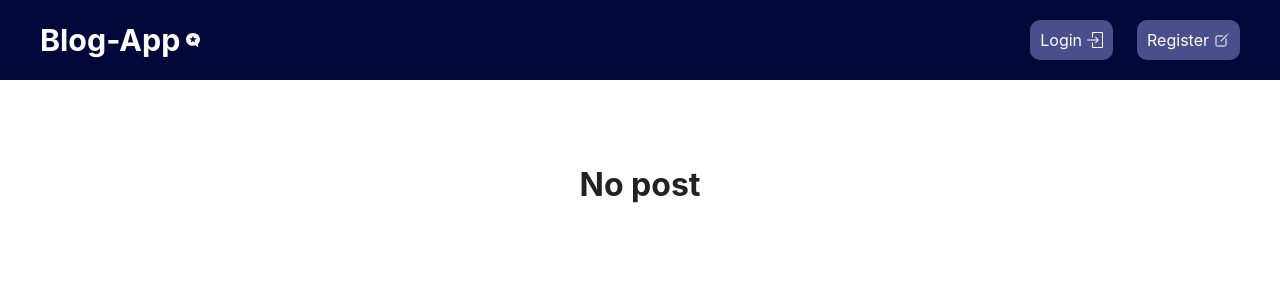
Repository: ateeque-219/BlogApp
Page: / (app in blogapp/)
The author's editor kept a copy of each file at every save. The page is drawn from the files as they stood at one save, then again after a run of saves.
The browser window is 1280 px wide. The pictures show the whole page.
The page's requests for data from a server got no answer. The project was rebuilt for these pictures with package versions that can differ from the ones it lists, and the page was loaded fresh each time. No one was signed in, and anything a server would have sent is missing. Also part of the build but not shown: blogapp/src/Post.js, blogapp/src/pages/LoginPage.js, blogapp/src/pages/RegisterPage.js, blogapp/src/pages/CreatePost.js, blogapp/src/pages/PostPage.js, blogapp/src/pages/EditPost.js. Imported but missing from the stored project, and not drawn on this page: blogapp/src/Editor.

Above is the page before, as saved 2024-01-28 18:05:05.

### blogapp/src/index.js
import React from 'react';
import ReactDOM from 'react-dom/client';
import './index.css';
import App from './App';
import  { BrowserRouter } from "react-router-dom";

const root = ReactDOM.createRoot(document.getElementById('root'));
root.render(
  <React.StrictMode>
   <BrowserRouter>
   <App />
   </BrowserRouter>
  </React.StrictMode>
);

### blogapp/src/App.js

import { Route, Routes } from 'react-router';
import './App.css';
import Layoutt from './Layoutt';
import Indexpage from './pages/Indexpage';
import LoginPage from './pages/LoginPage';
import RegisterPage from './pages/RegisterPage';
import { UserContextProvider } from './UserContext';
import CreatePost from './pages/CreatePost';
import PostPage from './pages/PostPage';
import EditPost from './pages/EditPost';

function App() {
  return (
    <UserContextProvider>
      <Routes>
      <Route path="/" element={<Layoutt />}>
        <Route index element={<Indexpage />} />
        <Route path="/login" element={<LoginPage/>} />
        <Route path ="/register" element={<RegisterPage/>}/>
        <Route path ="/create" element={<CreatePost />}></Route>
        <Route path ="/post/:id" element={<PostPage/>}/>
        <Route path="/edit/:id" element={<EditPost/>}/>
      </Route>
    </Routes>
    </UserContextProvider>
  );
}

export default App;

### blogapp/src/App.css
/* *{
  box-sizing: border-box;
}
body{
  color: #353535;
}
img{
  max-width: 100%;
}
main{
  padding: 12px;
  max-width: 900px;
  margin:0 auto ;
  border: 1px solid black;
}
header{
 display: flex;
 justify-content: space-between;
 margin-bottom: 50px;
 align-items: center;
}
header a{
  text-decoration: none;
  color: inherit;
  font-size: 20px;
}
header a.logo{
  font-weight: bolder;
  font-size: 30px;
}
header nav{
  display: flex;
  gap: 18px;
}
div.post{
  display: flex;
  gap: 22px;
   margin-bottom: 44px;
}
div.texts{
  margin: 0;
  padding: 0;
}

.texts h2 {
  margin: 0;
}

.image {
  margin-top: 18px;
  width: 600px;
}
div.post p.info{
  margin: 5px 0;
  display: flex;
  gap: 5px;
  font-weight: bold;
  color: #888;
  font-size: 1rem;

}
div.post p.info a.author{
  color: #333;
}
div.post p.summary{
  margin:4px 0;
  line-height: 1.5rem;
}
form.login , form.register{
max-width: 450px;
  margin: 0 auto;
}
input{
 width: 100%;
 display: block;
 margin-bottom: 7px;
 padding: 7px 5px;
 background-color:#fff;
 border: 2.5px solid #ddd;
 border-radius: 5px;

}
button{
  width: 100%;
  display: block;
 margin-bottom: 7px;
 padding: 7px;
  background-color: rgb(32, 30, 30);
 border-radius: 5px;
 color: white;
}

.title{
  text-align: center;
} */


*{
  box-sizing: border-box;
}
a{
  cursor: pointer;
}
body{
  margin: 0;
  color: #222;
}
img{
  max-width: 100%;
}
/* main{
  padding: 16px;
  max-width: 960px;
  margin: 0 auto;
} */
main{

  /* padding: 16px; */
  max-width: 100%;
  /* margin: 0 auto; */
}


/* header{
  display:flex;
  justify-content:space-between;
  margin-top: 20px;
  margin-bottom: 50px;
  align-items: center;
} */
header{
  position: sticky;
  display:flex;
  justify-content:space-between;
  margin-bottom: 50px;
  align-items: center;
  height: 60px;
  color: white;
  background-color: #03083a;
  padding: 40px;
}

.logodiv{
  display: flex;
  justify-content: center;
  align-items: center;
  gap: 5px;
}
/* .loginn{
  display: flex;
  gap:5px;
  justify-content: center;
  align-items: center;
  background-color: #4f4f89;
  padding: 9px;
  border-radius: 10px;
  cursor: pointer;
}  */
/* .loginn :active{
  background-color: #8b8ead;
  color: black;
} */
/* .loginnn :active{
  background-color: #8b8ead;
  color: black;
} */
/* .loginnn{
  display: flex;
  gap:5px;
  justify-content: center;
  align-items: center;
  background-color:#4f4f89;
  padding: 4px;
  border-radius: 10px;
} */
header a{
  text-decoration:none;
  color: inherit;

}
header a.logo{
  font-weight: bold;
  font-size: 1.9rem;
}
header nav{
  display:flex;
  gap: 24px;
}

/* div.post{
  display: grid;
  grid-template-columns: 1fr;
  gap: 1px;
  margin-bottom: 30px;
} */
.front{
  display: flex;
  width: 100%;
  justify-content: space-evenly;
  flex-wrap: wrap;
  padding: 14px;
}
.parent-front{
  display: flex;
  justify-content: center;
  width: 100%;
}
.post{
  display: flex;
  flex-direction: row;
  justify-content: center;
  align-items: center;
  flex-wrap: wrap;
  width: 300px;
  height: 500px;
  overflow-y: hidden;
  padding: 10px;
  border-radius:'50px';
  background-color: whitesmoke;
  box-shadow: 4.0px 8.0px 8.0px hsl(0deg 0% 0% / 0.38);
  margin: 20px;
}

div.post div.texts h2{
  margin:0;
  font-size: 2rem;
}
div.post div.texts a{
  text-decoration:none;
  color: inherit;
}
div.post p.info{
  margin:24px 0;
  color: #888;
  font-size:1rem;
  font-weight: bold;
  display: flex;
  gap: 10px;
}
div.post p.info a.author{
  color:#333;
}
div.post p.summary{
  margin:10px 0;
  line-height: 1.8rem;
}

form.login, form.register{
  max-width: 400px;
  margin: 0 auto;
}
input{
  display: block;
  margin-bottom: 5px;
  width: 100%;
  padding: 5px 7px;
  border: 2px solid #ddd;
  border-radius: 5px;
  background-color: #fff;
}
button{
  cursor: pointer;
  width: 100%;
  display: block;
  background-color: #555;
  border:0;
  color: #fff;
  border-radius: 5px;
  padding: 7px 0;
}
form.login h1, form.register h1{
  text-align: center;
}

div.post-page div.image{
  /* max-height:300px;
  display: flex;
  overflow:hidden; */
}
div.post-page div.image img{
  /* object-fit: cover; */
  /* object-position: center center;
  width: 100%; */
}
div.post-page a{
  color:#333;
  text-decoration: underline;
}
div.post-page h1{
  text-align: center;
  margin: 10px 0 5px;
}
div.post-page time{
  text-align: center;
  display: block;
  font-size:1rem;
  color:#aaa;
  margin: 10px 0;
}
div.post-page div.author{
  text-align: center;
  margin-bottom: 20px;
  font-size: .7rem;
  font-weight: bold;
}
div.content p{
  line-height: 1.7rem;
  margin: 30px 0;
}
div.content li{
  margin-bottom: 10px;
}
div.edit-row{
  text-align: center;
  margin-bottom: 20px;
}
div.post-page a.edit-btn{
  background-color: #4a4f8b;
  display: inline-flex;
  align-items: center;
  gap: 5px;
  color: #fff;
  padding:15px 30px;
  border-radius: 5px;
  text-decoration: none;
}
a svg{
  height:20px;
}

.loginn {
  display: flex;
  align-items: center;
  padding: 10px;
  gap: 5px;
  background-color: #4a4f8b;
  border-radius: 10px;
}
.loginn:active{
  color: black;
  cursor: pointer;
}

### blogapp/src/Layoutt.js
import React from 'react'
import Head from './Head'
import { Outlet } from 'react-router-dom'
const Layoutt = () => {
  return (
    <main>
      <Head></Head>
      <Outlet/>
    </main>
  )
}

export default Layoutt

### blogapp/src/pages/Indexpage.js
 import React, { useEffect, useState } from 'react'
 import Post from "../Post"

 const Indexpage = () => {
  const [posts , setPosts] = useState([]);
   useEffect(()=>{
    fetch('http://localhost:4000/post').then(response =>{
      response.json().then(posts =>{
        // console.log(posts);
        setPosts(posts);
      })
    })
  },[]);
   return (
     <div className='parent-front'>
      <div className='front'>
      {
        posts.length > 0 ? (posts.map(post=>(
          <Post {...post}/>
        ))) : <h1>No post</h1>
      }
     </div>
     </div>
   )
 }

 export default Indexpage

### blogapp/src/UserContext.js
import { createContext, useState } from 'react';
export const UserContext = createContext({});

export function UserContextProvider({ children }) {
  const [userinfo, setuserinfo] = useState({});

  return (
    <UserContext.Provider value={{ userinfo, setuserinfo }}>
      {children}
    </UserContext.Provider>
  );
}

### blogapp/src/Head.js
import React, { useContext, useEffect, useState } from 'react'
import { Link } from 'react-router-dom';
import { UserContext } from './UserContext';
import { FaMicroblog } from "react-icons/fa6";
import { SlLogin } from "react-icons/sl";
import { IoCreateOutline } from "react-icons/io5";
import { MdCreateNewFolder } from "react-icons/md";
import { CiLogout } from "react-icons/ci";

const Head = () => {
  // const ctx = useContext(UserContext);
  // const [userinfo,setuserinfo] = useState(ctx);
  const { setuserinfo, userinfo } = useContext(UserContext);
  useEffect(() => {
    fetch('http://localhost:4000/profile', {
      credentials: 'include',
    })
      .then(response => {
        return response.json();
      })
      .then(profileInfo => {
        console.log(profileInfo)
        setuserinfo(profileInfo);
      })
      .catch(error => {
        throw (error);
      });
  }, []);


  function logout() {
    fetch('http://localhost:4000/logout', {
      credentials: 'include',
      method: 'POST',
    });
    setuserinfo(null);
  }

  const username = userinfo?.username;

  // console.log('dasda',userinfo?.username);
  return (
    <header>
      <div className='logodiv'>
        <Link to="/" className="logo">Blog-App
        </Link>
        <FaMicroblog />
      </div>

      <nav>
        {username && (
          <>
            {/* {console.log('3343')} */}
              <Link to="/create" className='loginn'>create <MdCreateNewFolder /></Link>

              <a onClick={logout} className='loginn'>logout <CiLogout /></a>

          </>
        )}
        {!username && (
          <>
            {/* {console.log('3343')} */}
            <Link to="/login" className='loginn'> Login <SlLogin /></Link>

            <Link to="/register" className='loginn'>Register <IoCreateOutline /></Link>

          </>
        )}
      </nav>
    </header>
  );
}
export default Head;

Loaded but not shown: blogapp/public/index.html (common file); blogapp/src/index.css (common file)

After the next 2 saves:
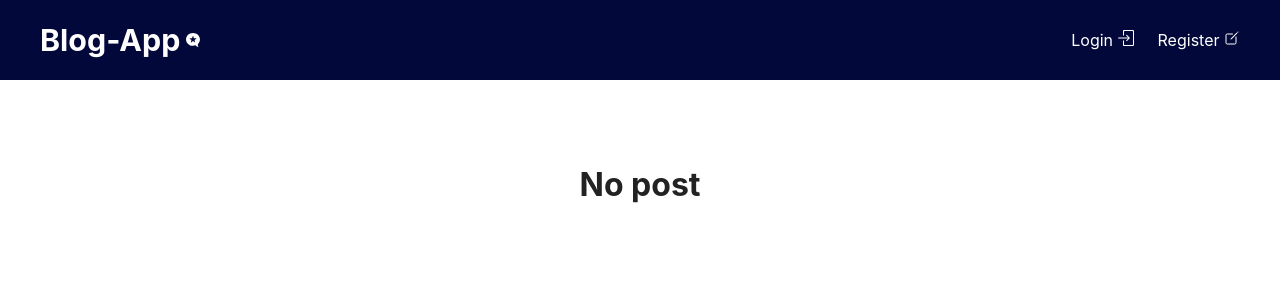
The 2 saves are shown as one change because they came seconds apart.
The last was saved 26 s later.
--- a/blogapp/src/App.css
+++ b/blogapp/src/App.css
@@ -273,14 +273,14 @@
 }
 
 div.post-page div.image{
-  /* max-height:300px;
-  display: flex;
-  overflow:hidden; */
+  max-height:300px;
+  display: flex;
+  overflow:hidden;
 }
 div.post-page div.image img{
-  /* object-fit: cover; */
+  object-fit: cover; */
   /* object-position: center center;
-  width: 100%; */
+  width: 100%;
 }
 div.post-page a{
   color:#333;

After the 3 saves that followed:
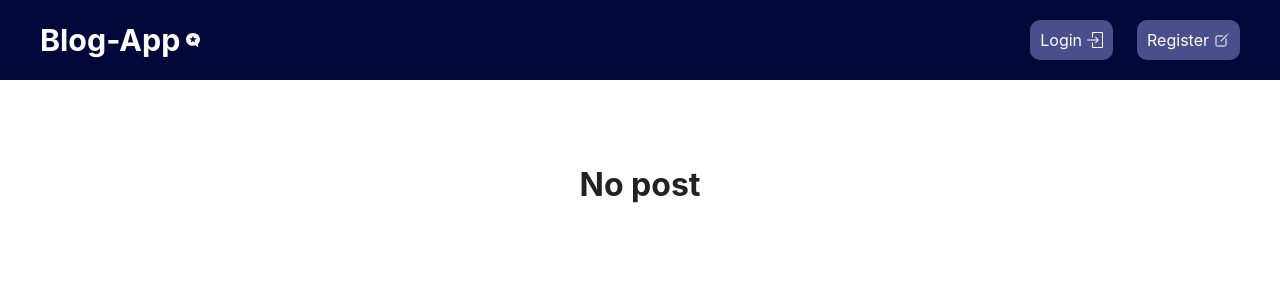
The 3 saves are shown as one change because 1 left the picture as it was and some came seconds apart.
The last was saved 21 s later.
--- a/blogapp/src/App.css
+++ b/blogapp/src/App.css
@@ -278,9 +278,9 @@
   overflow:hidden;
 }
 div.post-page div.image img{
-  object-fit: cover; */
+  /* object-fit: cover; */
   /* object-position: center center;
-  width: 100%;
+  width: 100%; */
 }
 div.post-page a{
   color:#333;
